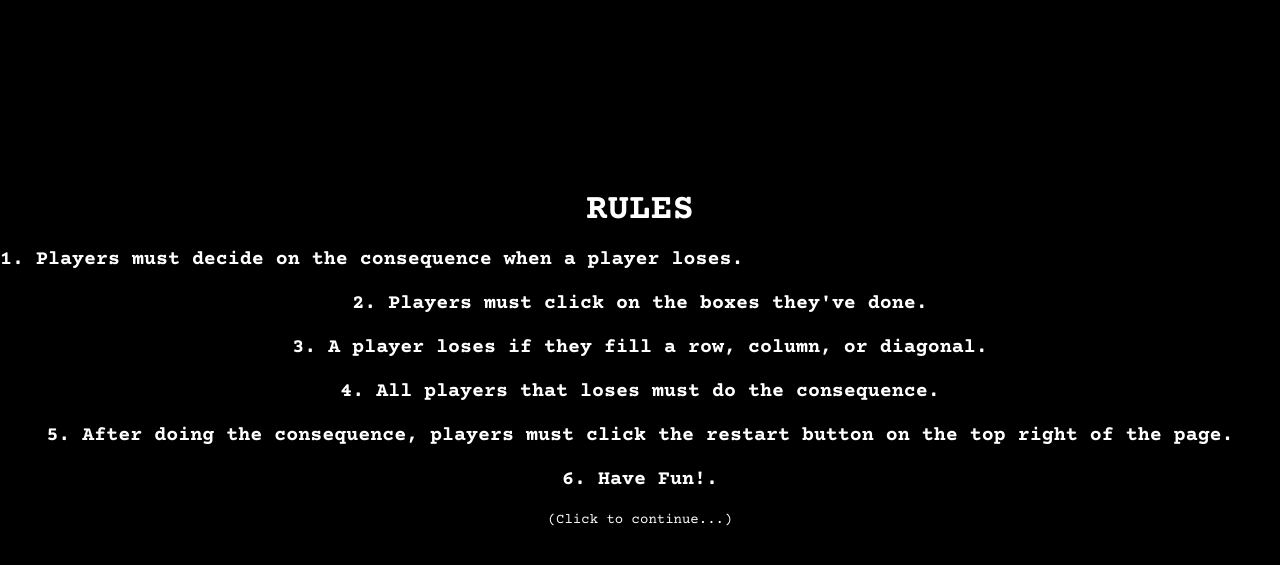
Repository: Jeysmeister/sensoryminds-bingo
Page: /
These files come from the project's save history. The page is drawn as it stood at one moment and after the next save; the edit follows.
The browser window is 1280 px wide. The pictures show the whole page.
The project was rebuilt for these pictures with package versions that can differ from the ones it lists, and the page was loaded fresh each time. The framework's server and built-in components were replaced by stand-ins that run in the browser. Also part of the build but not shown: next.config.ts.

Above is the page before, as saved 2024-11-12 18:06:44.

### app/layout.tsx
import type { Metadata } from "next";
import { Courier_Prime } from "next/font/google";
import "./globals.css";
import Header from "./components/Header";

export const metadata: Metadata = {
  title: "Never have I BINGO",
  description: "Sensory Minds Front-End Coding Challenge",
};

const courier = Courier_Prime({
  subsets: ["latin"],
  weight: ["400", "700"],
});

export default function RootLayout({
  children,
}: Readonly<{
  children: React.ReactNode;
}>) {
  return (
    <html lang="en">
      <body className={`${courier.className} antialiased`}>{children}</body>
    </html>
  );
}

### app/page.tsx
import { neverHaveIEverQuestions } from "@/data/questions";
import BingoCard from "./components/BingoCard";
import Header from "./components/Header";

export default function Home() {
  const getRandomQuestions = (count: number) => {
    const shuffled = [...neverHaveIEverQuestions].sort(() => 0.5 - Math.random());
    return shuffled.slice(0, count);
  };
  const questions = getRandomQuestions(24);
  return (
    <div className="flex w-screen overflow-hidden">
      {/* <div className="cursor-pointer">
        <div className="w-screen h-screen flex justify-center items-center text-white bg-black flex-col gap-4">
          <div className="text-xl font-bold">Welcome to</div> <div className="text-4xl font-bold">NEVER HAVE I BINGO</div>
          <div className="text-sm">(Click to continue...)</div>
        </div>
      </div> */}
      <div className="cursor-pointer">
        <div className="w-screen h-screen flex justify-center items-center text-white bg-black flex-col gap-4">
          <div className="text-4xl font-extrabold">RULES</div>
          <div className="text-xl font-bold text-left w-full">1. Players must decide on the consequence when a player loses.</div>
          <div className="text-xl font-bold text-left">2. Players must click on the boxes they've done.</div>
          <div className="text-xl font-bold">3. A player loses if they fill a row, column, or diagonal.</div>
          <div className="text-xl font-bold">4. All players that loses must do the consequence.</div>
          <div className="text-xl font-bold">5. After doing the consequence, players must click the restart button on the top right of the page.</div>
          <div className="text-xl font-bold">6. Have Fun!.</div>
          <div className="text-sm">(Click to continue...)</div>
        </div>
      </div>
      {/* <div className="w-screen h-screen flex flex-col justify-center items-center">
        <Header />
        <BingoCard questions={questions} />
      </div> */}
    </div>
  );
}

### data/questions.ts
export const neverHaveIEverQuestions = [
  "laughed so hard I snorted",
  "eaten a whole pizza by myself",
  "stayed up all night binge-watching a series",
  "danced in the rain",
  "tried to learn another language just to impress someone",
  "accidentally texted the wrong person",
  "pretended to know a celebrity",
  "had a nightmare about work or school",
  "played a prank on a teacher or boss",
  "gone skinny dipping",
  "gotten lost in an amusement park",
  "been on a blind date",
  "pretended to be on a cooking show while making food",
  "locked myself out of my house",
  "forgotten an important anniversary or birthday",
  "tried a weird food combination that I ended up loving",
  "cried during a movie",
  "played a video game all night",
  "forgotten someone's name right after meeting them",
  "laughed at a joke I didn't get",
  "sung karaoke in public",
  "cried at a wedding",
  "been the last one awake at a sleepover",
  "tried to start a fire without matches or a lighter",
  "accidentally sent a message to the wrong person",
  "made up an excuse to get out of a date",
  "accidentally walked into the wrong restroom",
  "gotten a tattoo I regretted",
  "pretended to like a gift I didn't like",
  "been on a roller coaster",
  "cried during a song",
  "fainted in public",
  "had my phone fall in water",
  "pretended to be sick to skip school or work",
  "done a backflip",
  "lied to my best friend",
  "been scared of clowns",
  "cried at a concert",
  "sang in the shower",
  "had a crush on a teacher",
  "broken a bone",
  "eaten food that was still frozen",
  "gotten stitches",
  "driven a car",
  "ridden a motorcycle",
  "been to a haunted house",
  "been on TV",
  "been afraid of the dark",
  "been stuck in an elevator",
  "lost my wallet",
  "cooked an elaborate meal for myself",
  "accidentally broken a friend's item and didn't tell them",
  "regretted a social media post",
  "missed a flight",
  "forgotten my passport while traveling",
  "made a mess and left it for someone else to clean",
  "skipped school or work for a road trip",
  "written a poem for someone",
  "fallen asleep on public transportation and missed my stop",
  "said 'you too' when a cashier said 'enjoy your meal'",
  "been told I look like a celebrity",
  "stayed up all night talking to someone",
  "gone to a costume party as myself",
  "bought something just for the packaging",
  "tried to do the splits",
  "put something back on the shelf after deciding not to buy it",
  "worn pajamas in public",
  "ordered an item of food just to take a picture of it",
  "walked into a glass door",
  "gone somewhere just for the free food",
  "tried a dance move from a music video",
  "lost something important and found it years later",
  "kept a plant alive for over a year",
  "given a fake name at a coffee shop",
  "forgotten where I parked my car",
  "forgotten my own phone number",
  "sent a text while angry that I regretted later",
  "watched an entire series in a single day",
  "had a song stuck in my head for days",
  "missed an important event because I overslept",
  "gotten sunburned so badly I peeled",
  "tried to ice skate and fallen",
  "been in a flash mob",
  "left a comment on a stranger's social media",
  "gone to the movies alone",
  "pretended to understand something I didn't",
  "stolen something small from a hotel",
  "broken a bone and not realized it immediately",
  "sent an email without proofreading it first",
  "taken a personality quiz online",
  "signed up for something I didn't want just for a freebie",
  "gotten a scar from something silly",
  "apologized to an object after bumping into it",
  "lost track of time while browsing the internet",
  "taken a selfie with a pet",
  "stayed in pajamas all day",
  "been seasick",
  "seen a ghost",
  "tried to play matchmaker for friends",
  "pretended I knew the words to a song",
  "kept a secret for over a year",
  "ate something weird just to prove I could",
  "looked up my own name on the internet",
  "changed my hairstyle on a whim",
  "put salt in coffee or tea by accident",
  "eaten a whole cake by myself",
  "watched a movie and fell asleep halfway through",
  "had an imaginary friend",
  "been to a concert",
  "eaten food that was past its expiration date",
  "accidentally called someone by the wrong name",
  "broken something expensive and blamed it on someone else",
  "spent more than $100 on something I didn’t need",
  "used someone else's toothbrush",
  "tried to eat something spicy and regretted it immediately",
  "posted something embarrassing online",
  "tried to flirt and failed miserably",
  "lied about my age",
  "been on a dating app",
  "used a fake ID",
  "faked being sick to avoid something",
  "lived in a place that wasn’t my own",
  "kept something from my childhood",
  "had a pet that wasn’t a dog or cat",
  "faked a phone call",
  "ate something because it was trendy",
  "thought I was going to die at some point",
  "slept through an alarm",
  "danced in front of a mirror",
  "sang in front of a mirror",
  "had a food fight",
  "tried to become friends with someone just because they were popular",
  "stalked someone on social media",
  "tried to break up with someone but didn’t",
  "had a crush on a fictional character",
  "joined a group just to get discounts",
  "told someone a secret and regretted it",
  "ate something I didn’t like to be polite",
  "cheated on a test",
  "used a burner phone",
  "felt awkward in a social setting",
  "kept a childhood toy",
  "threw a surprise party for someone",
  "accidentally walked into a room full of people while I was on a video call",
  "joined a club to meet new people",
  "went on a blind date",
  "helped a friend cheat on an exam",
  "had a weird pet",
  "forgotten to charge my phone",
  "called in sick to work when I wasn’t",
  "been caught stealing something",
  "tried to take a shortcut that ended up being longer",
  "left a store without paying for something",
  "made a fake profile to prank someone",
  "kept a really embarrassing thing secret from my family",
  "met someone famous",
  "slept through an important meeting",
  "had a crush on a teacher",
  "sang in public",
  "had a bad haircut and didn’t tell anyone",
  "used a dating app without success",
  "snuck into a movie",
  "made a prank phone call",
  "used someone’s Netflix account without permission",
  "went on a vacation alone",
  "used a discount code that wasn’t meant for me",
  "accidentally wore mismatched socks",
  "tried a weird life hack that didn’t work",
  "got scammed online",
  "eaten an entire chocolate bar in one sitting",
  "seen something creepy and didn’t tell anyone",
  "been told to be quiet in a library",
  "been to a theme park with friends",
  "gotten in trouble for something I didn’t do",
  "had a fashion disaster",
  "was a picky eater when I was younger",
  "accidentally liked an old photo on social media",
  "wore sunglasses inside",
  "stayed up late for no reason",
  "had an awkward family gathering",
  "been called out in a public place",
  "tried to impress someone and failed",
  "lost a bet and had to do something silly",
  "said something inappropriate in front of my parents",
  "been to a concert of a band I didn’t like",
  "laughed during a serious moment",
  "tried to sell something I didn’t need",
  "talked to someone only to realize I had met them before",
  "tried to skip a line and got caught",
  "ate food that was not prepared by me",
  "tried to fix something and made it worse",
  "was shocked by something that turned out to be a prank",
  "pretended to be asleep when someone walked in",
  "had a crush on someone for a long time without telling them",
  "spent too much money on coffee",
  "missed a major event because I overslept",
  "sent a message to the wrong person by accident",
  "accidentally made an embarrassing sound in public",
  "looked up how to do something but still couldn’t",
  "tried to impress someone with a talent I didn’t have",
  "tried a food that sounded good but tasted bad",
  "was caught talking to myself in public",
  "made a mess and didn’t clean it up",
  "was caught eavesdropping on a conversation",
  "spent more than I planned on something",
  "told someone I was busy when I wasn’t",
  "went somewhere just for the food",
  "tried to act cool but failed",
  "lost something and then found it in a place I looked earlier",
  "spent an entire day in my pajamas",
  "tried a DIY project and it turned out horrible",
  "pretended to be an expert at something",
  "laughed at a joke I didn’t understand",
  "accidentally sent a text with a typo to my boss",
  "talked to someone for a while only to realize they weren’t who I thought",
  "tried to speak another language and failed",
  "got caught in a lie",
  "accidentally said something inappropriate",
  "pretended to know how to drive but didn’t",
  "lost my phone and found it in the last place I looked",
  "ate something and immediately regretted it",
  "been surprised by a surprise party",
  "sung a song in the car like it was a concert",
  "pretended to be sick to avoid work",
  "had a pet that I wasn’t responsible for",
  "been on a reality TV show",
  "eaten a whole bag of chips in one sitting",
  "watched something on Netflix that was totally embarrassing",
  "forgotten to reply to a message for a week",
  "gotten lost and found my way by asking for directions",
  "been embarrassed by my own joke",
  "told a bad joke that no one laughed at",
  "forgotten my own birthday",
  "failed a simple task",
  "been caught stealing something small",
  "spied on someone without their knowledge",
  "drank coffee at midnight",
  "accidentally sent a selfie to the wrong person",
  "made a huge mistake at work",
  "accidentally dyed my hair a weird color",
  "acted like I knew something but didn’t",
  "forgotten where I put my phone",
  "told a fib that backfired",
  "shared a secret that wasn’t mine to share",
];

Loaded but not shown: app/globals.css (common file); tailwind.config.ts (common file)

After the next save:
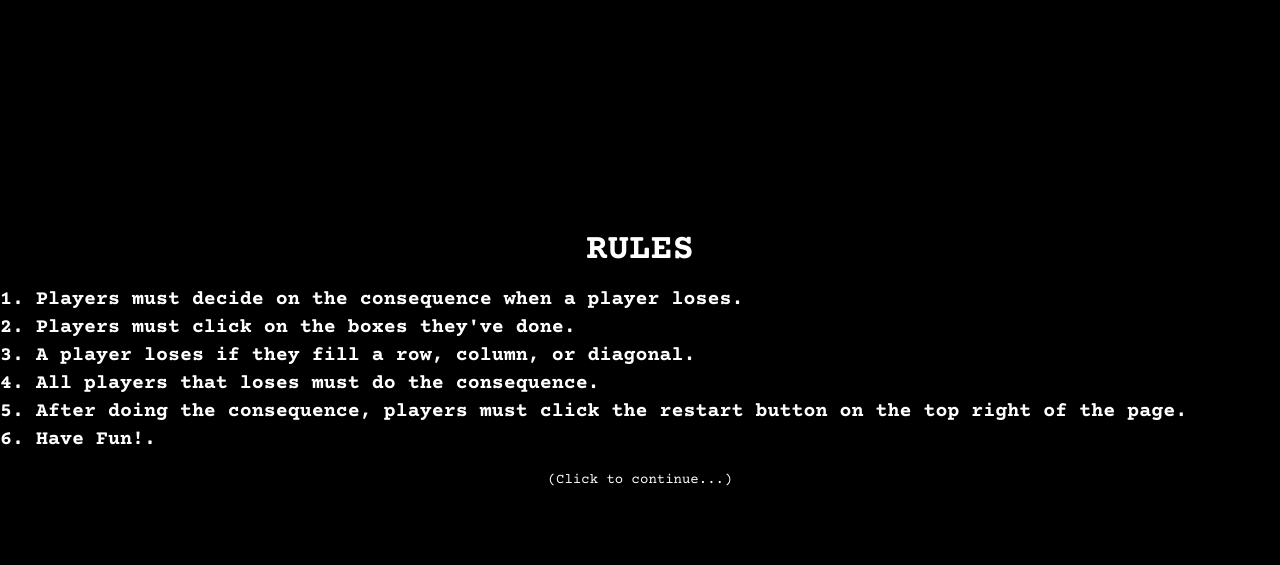
Saved 43 s later.
--- a/app/page.tsx
+++ b/app/page.tsx
@@ -19,12 +19,14 @@ export default function Home() {
       <div className="cursor-pointer">
         <div className="w-screen h-screen flex justify-center items-center text-white bg-black flex-col gap-4">
           <div className="text-4xl font-extrabold">RULES</div>
-          <div className="text-xl font-bold text-left w-full">1. Players must decide on the consequence when a player loses.</div>
-          <div className="text-xl font-bold text-left">2. Players must click on the boxes they've done.</div>
-          <div className="text-xl font-bold">3. A player loses if they fill a row, column, or diagonal.</div>
-          <div className="text-xl font-bold">4. All players that loses must do the consequence.</div>
-          <div className="text-xl font-bold">5. After doing the consequence, players must click the restart button on the top right of the page.</div>
-          <div className="text-xl font-bold">6. Have Fun!.</div>
+          <div className="flex flex-col text-xl font-bold text-left w-full">
+            <div>1. Players must decide on the consequence when a player loses.</div>
+            <div>2. Players must click on the boxes they've done.</div>
+            <div>3. A player loses if they fill a row, column, or diagonal.</div>
+            <div>4. All players that loses must do the consequence.</div>
+            <div>5. After doing the consequence, players must click the restart button on the top right of the page.</div>
+            <div>6. Have Fun!.</div>
+          </div>
           <div className="text-sm">(Click to continue...)</div>
         </div>
       </div>
